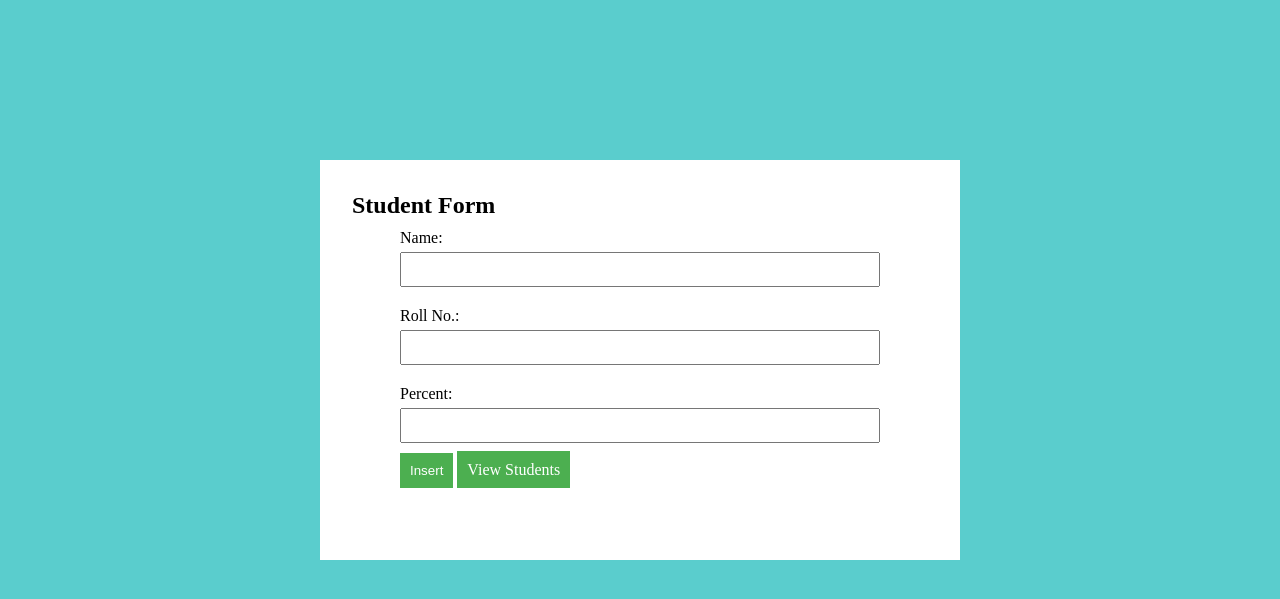
Repository: deeptimahisare1206/Todo_List
Page: http://localhost/Hib_Nest/
These files come from the project's save history. The page is drawn as it stood at one moment and after the next save; the edit follows.
The browser window is 1280 px wide. The pictures show the whole page.
The page is served by Tomcat 10. Other server files are loaded and not shown.

Above is the page before, as saved 2024-11-17 16:11:00.

### Hib_Nest/src/main/webapp/index.jsp
<%@ page language="java" contentType="text/html; charset=UTF-8"
	pageEncoding="UTF-8"%>
<html>
<head>
<style>
*{
margin:0;
padding:0;
box-sizing: border-box;

}
body {
display:grid;
place-items:center;
	background-color: #5acdcd;
	gap: 2rem;
	height: 100vh;
}

.container{
padding:2rem;
	background-color: white;
	height: 25rem;
	width:50vw;
}

form {
    width: 30rem;
    margin: 0 auto;
}

label {
    display: block;
    margin: 10px 0 5px;
}

input[type="text"],
input[type="number"] {
    width: 100%;
    padding: 8px;
    margin-bottom: 10px;
}

input[type="submit"] ,a{
    background-color: #4CAF50;
    color: white;
    padding: 10px;
    border: none;
    cursor: pointer;
    text-decoration: none;
}

input[type="submit"]:hover {
    background-color: #45a049;
}
.btns{
width: 100%;
}
</style>
</head>
<body>
<div class="container">
	<h2>Student Form</h2>

	<form action="Register" method="get">
		<label>Name:</label><input type="text" name="name"><label>Roll
			No.: </label> <input type="number" name="roll"> <label>Percent:
		</label><input type="number" name="percent">
		<div class="btns"> <input type="submit"
			value="Insert">
			<a href="Display.jsp">View Students</a></div>
	</form>
	</div>
</body>
</html>

After the next save:
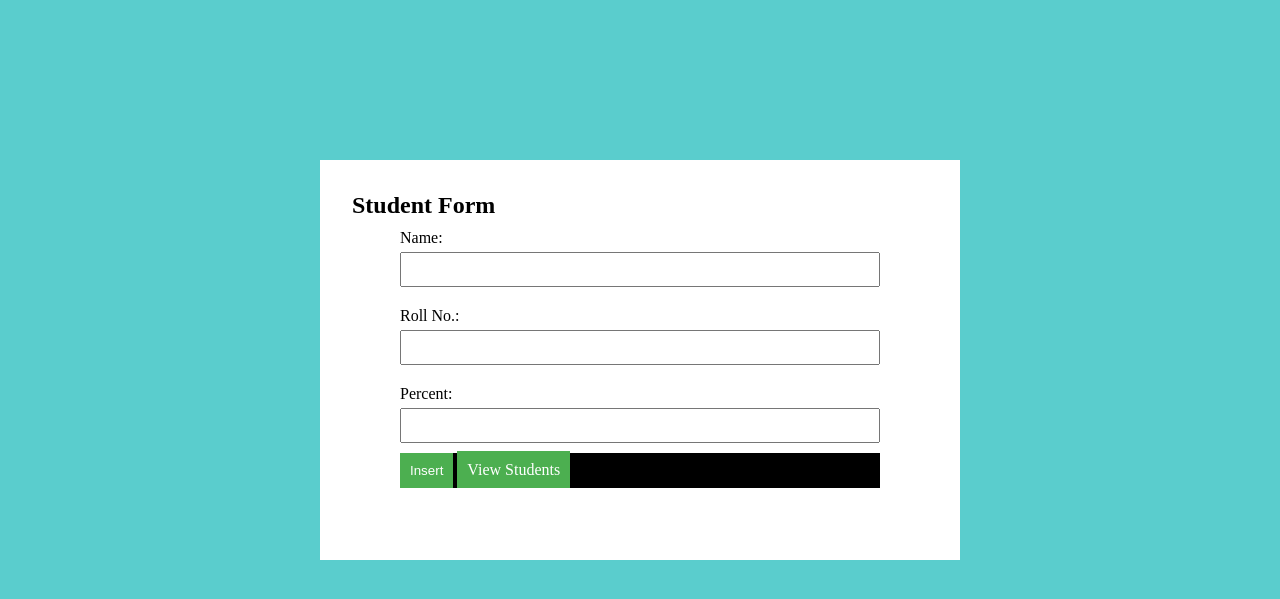
Saved 15 s later.
--- a/Hib_Nest/src/main/webapp/index.jsp
+++ b/Hib_Nest/src/main/webapp/index.jsp
@@ -55,6 +55,7 @@ input[type="submit"]:hover {
 }
 .btns{
 width: 100%;
+background-color: black;
 }
 </style>
 </head>
